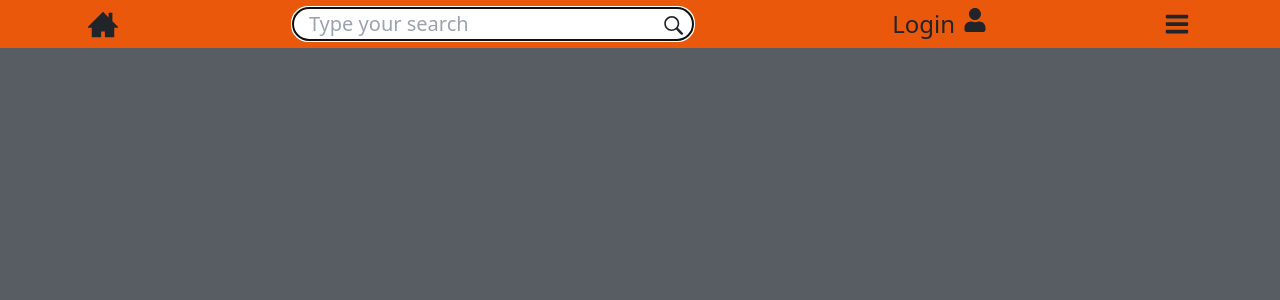
Repository: ShindanoSingi/bembe-tube
Page: /homePage
These files come from the project's save history. The page is drawn as it stood at one moment and after the next save; the edit follows.
The browser window is 1280 px wide. The pictures show the whole page.
The page's requests for data from a server got no answer. Some web libraries are served in a nearby version. The project was rebuilt for these pictures with package versions that can differ from the ones it lists, and the page was loaded fresh each time. No one was signed in, and anything a server would have sent is missing. Also part of the build but not shown: src/Components/WelcomePage.css, src/Components/WelcomePage.js, src/Components/VideoIframe.css, src/Components/VideoIframe.js, src/Components/Wait.js, src/Components/VideoCardsPlayer.css, src/Components/VideoCardsPlayer.js, src/Components/Nav.css and 14 more.

Above is the page before, as saved 2022-10-06 00:23:04.

After the next save:
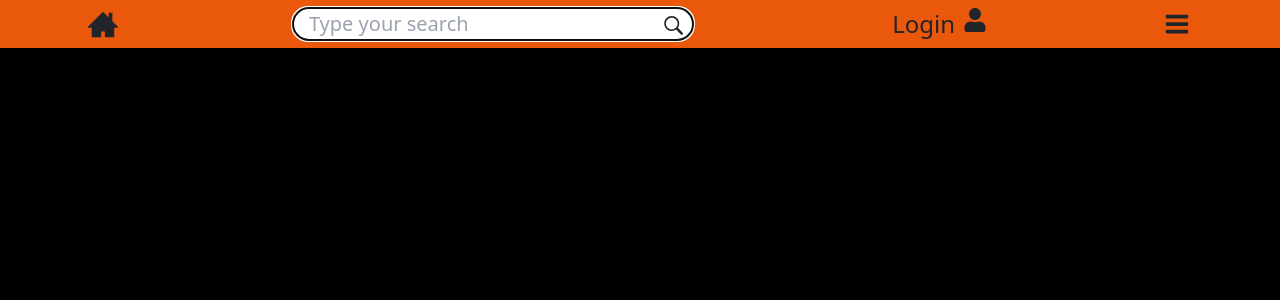
Saved 113 s later.
--- a/public/index.html
+++ b/public/index.html
@@ -34,7 +34,7 @@
     -->
     <title>React App</title>
   </head>
-  <body>
+  <body class="bg-black">
     <noscript>You need to enable JavaScript to run this app.</noscript>
     <div id="root"></div>
     <!--

After the save that followed:
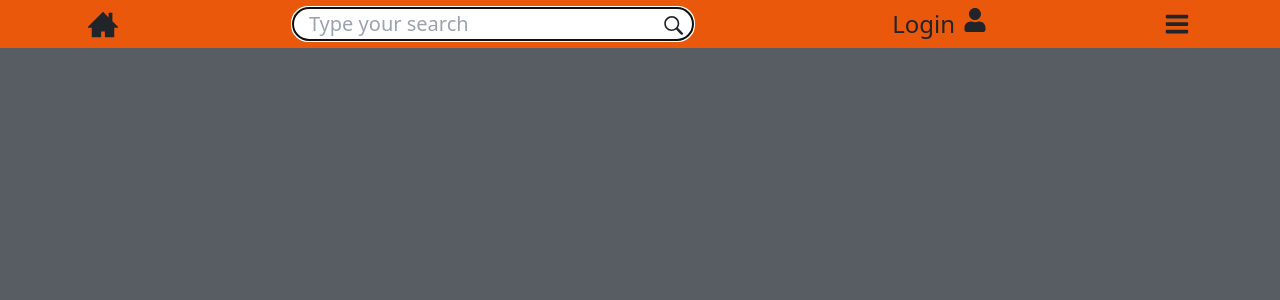
Saved 9 s later.
--- a/public/index.html
+++ b/public/index.html
@@ -34,7 +34,7 @@
     -->
     <title>React App</title>
   </head>
-  <body class="bg-black">
+  <body>
     <noscript>You need to enable JavaScript to run this app.</noscript>
     <div id="root"></div>
     <!--
